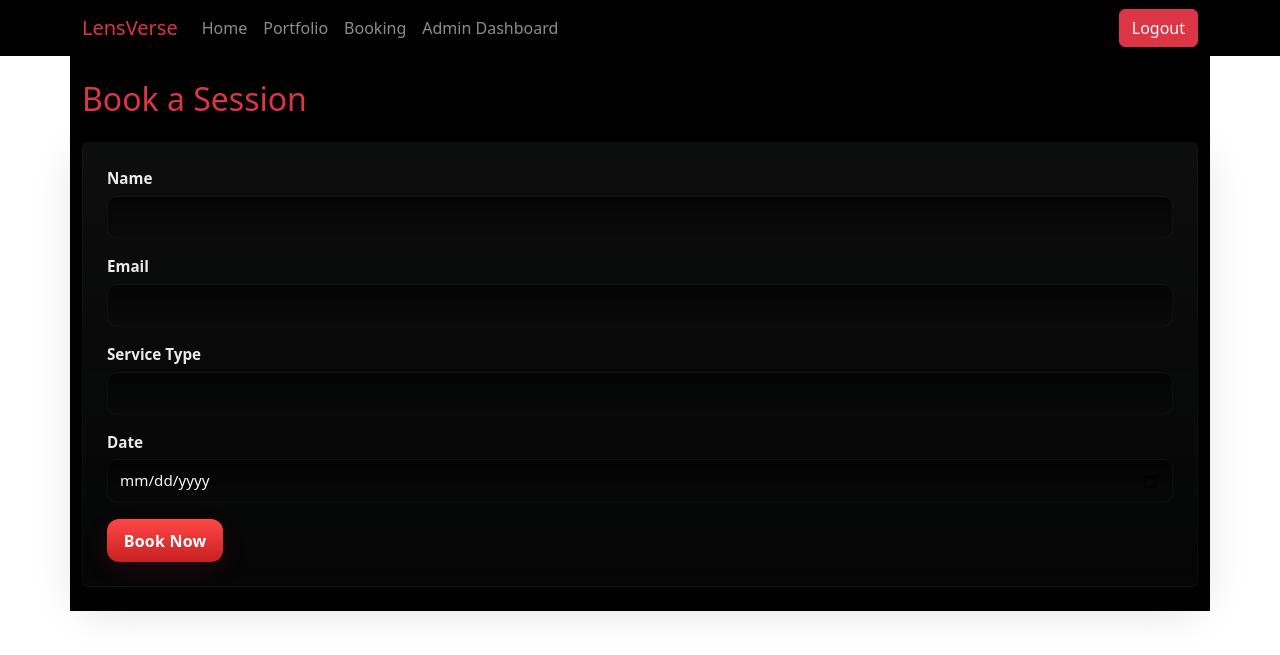
Repository: adithyakiran47/lensverseproject
Page: /booking (app in lensverse-client/)
The author's editor kept a copy of each file at every save. The page is drawn from the files as they stood at one save, then again after the next save.
The browser window is 1280 px wide. The pictures show the whole page.
The project was rebuilt for these pictures with package versions that can differ from the ones it lists, and the page was loaded fresh each time. Also part of the build but not shown: lensverse-client/src/pages/Home.js, lensverse-client/src/pages/Portfolio.css, lensverse-client/src/pages/Portfolio.js, lensverse-client/src/pages/About.js, lensverse-client/src/pages/AdminLogin.js, lensverse-client/src/pages/AdminDashboard.js. Imported but missing from the stored project, and not drawn on this page: lensverse-client/src/reportWebVitals.

Above is the page before, as saved 2025-11-04 10:02:11.

### lensverse-client/src/index.css
body {
  background-color: #000000;
  color: #FFFFFF;
  font-family: 'Segoe UI', Tahoma, Geneva, Verdana, sans-serif;
  transition: background-color 0.3s ease, color 0.3s ease;
}

a {
  color: #cc0000;
  text-decoration: none;
  transition: color 0.3s ease;
}

a:hover {
  color: #ff3333;
  text-decoration: underline;
}

.btn-primary, .btn-danger, .btn-black {
  transition: background-color 0.3s ease, border-color 0.3s ease;
}

.btn-primary {
  background-color: #cc0000;
  border-color: #cc0000;
  color: #000000;
}

.btn-primary:hover {
  background-color: #990000;
  border-color: #990000;
  color: #fff;
}

.btn-black {
  background-color: #000000;
  border: 1px solid #cc0000;
  color: #cc0000;
}

.btn-black:hover, .btn-black:focus {
  background-color: #cc0000;
  color: #000000;
  border-color: #cc0000;
}

/* Card hover effect */
.card {
  background-color: #111111;
  border: none;
  transition: transform 0.3s ease, box-shadow 0.3s ease;
}

.card:hover {
  transform: scale(1.03);
  box-shadow: 0 4px 15px rgba(204, 0, 0, 0.5);
}

/* Forms */
.form-control {
  background-color: #111111;
  border-color: #cc0000;
  color: #fff;
  transition: border-color 0.3s ease;
}

.form-control:focus {
  border-color: #ff3333;
  box-shadow: 0 0 8px #cc0000;
  background-color: #222222;
  color: #fff;
}

### lensverse-client/src/App.js
import React from 'react';
import { BrowserRouter as Router, Routes, Route } from 'react-router-dom';


// Import your page components (create these next)
import Home from './pages/Home';
import Portfolio from './pages/Portfolio';
import Booking from './pages/Booking';
import About from './pages/About';
import AdminLogin from './pages/AdminLogin';
import AdminDashboard from './pages/AdminDashboard';

function App() {
  return (
    <Router>
      <Routes>
        <Route path="/" element={<Home />} />
        <Route path="/portfolio" element={<Portfolio />} />
        <Route path="/booking" element={<Booking />} />
        <Route path="/about" element={<About />} />
        <Route path="/admin-login" element={<AdminLogin />} />
        <Route path="/admin-dashboard" element={<AdminDashboard />} />
      </Routes>
    </Router>
  );
}

export default App;

### lensverse-client/src/pages/Booking.js
// Booking page
import React, { useState } from 'react';
import Navbar from '../components/Navbar';
import axios from 'axios';
import './Booking.css';

const Booking = () => {
  const [formData, setFormData] = useState({ name: '', email: '', serviceType: '', date: '' });
  const [message, setMessage] = useState('');

  const handleChange = e =>
    setFormData(prev => ({ ...prev, [e.target.name]: e.target.value }));

  const handleSubmit = async e => {
    e.preventDefault();
    try {
      await axios.post('http://localhost:5000/api/bookings', formData);
      setMessage('Booking submitted successfully!');
      setFormData({ name: '', email: '', serviceType: '', date: '' });
    } catch {
      setMessage('Booking submission failed.');
    }
  };

  return (
    <>
      <Navbar />
      <div className="container py-4 bg-black text-white ">
        <h2 className="text-danger mb-4">Book a Session</h2>
        {message && <div className="alert alert-success">{message}</div>}
        <form onSubmit={handleSubmit} className="bg-dark p-4 rounded shadow-lg">
          <div className="mb-3">
            <label htmlFor="name" className="form-label">Name</label>
            <input
              type="text"
              name="name"
              className="form-control bg-black text-white"
              id="name"
              required
              value={formData.name}
              onChange={handleChange}
            />
          </div>

          <div className="mb-3">
            <label htmlFor="email" className="form-label">Email</label>
            <input
              type="email"
              name="email"
              className="form-control bg-black text-white"
              id="email"
              required
              value={formData.email}
              onChange={handleChange}
            />
          </div>

          <div className="mb-3">
            <label htmlFor="serviceType" className="form-label">Service Type</label>
            <input
              type="text"
              name="serviceType"
              className="form-control bg-black text-white"
              id="serviceType"
              required
              value={formData.serviceType}
              onChange={handleChange}
            />
          </div>

          <div className="mb-3">
            <label htmlFor="date" className="form-label">Date</label>
            <input
              type="date"
              name="date"
              className="form-control bg-black text-white"
              id="date"
              required
              value={formData.date}
              onChange={handleChange}
            />
          </div>

          <button className="btn btn-danger" type="submit">Book Now</button>
        </form>
      </div>
    </>
  );
};

export default Booking;

### lensverse-client/src/components/Navbar.js
import React from 'react';
import { Link, useNavigate } from 'react-router-dom';


const Navbar = () => {
  const navigate = useNavigate();

  const handleLogout = () => {
    localStorage.removeItem('adminToken');
    navigate('/admin-login');
  };

  return (
    <nav className="navbar navbar-expand-lg navbar-dark bg-black">
      <div className="container">
        <Link className="navbar-brand text-danger" to="/">LensVerse</Link>
        <button className="navbar-toggler" type="button" data-bs-toggle="collapse" data-bs-target="#navbarNav"
          aria-controls="navbarNav" aria-expanded="false" aria-label="Toggle navigation">
          <span className="navbar-toggler-icon"></span>
        </button>
        <div className="collapse navbar-collapse" id="navbarNav">
          <ul className="navbar-nav me-auto mb-2 mb-lg-0">
            <li className="nav-item"><Link className="nav-link" to="/">Home</Link></li>
            <li className="nav-item"><Link className="nav-link" to="/portfolio">Portfolio</Link></li>
            <li className="nav-item"><Link className="nav-link" to="/booking">Booking</Link></li>
            <li className="nav-item"><Link className="nav-link" to="/admin-dashboard">Admin Dashboard</Link></li>
          </ul>
          <button className="btn btn-danger" onClick={handleLogout}>Logout</button>
        </div>
      </div>
    </nav>
  );
};

export default Navbar;

### lensverse-client/src/pages/Home.css
/* Add to src/pages/Home.css */
@import url("https://cdn.jsdelivr.net/npm/bootstrap-icons@1.11.1/font/bootstrap-icons.css");

/* Utility Classes */
.py-6 {
  padding-top: 6rem;
  padding-bottom: 6rem;
}

.z-1 {
  z-index: 1;
}

/* Hero Section */
.hero-section {
  position: relative;
  background: linear-gradient(rgba(0, 0, 0, 0.7), rgba(0, 0, 0, 0.7));
}

.bg-pattern {
  opacity: 0.1;
  background-image: radial-gradient(#dc3545 1px, transparent 1px);
  background-size: 32px 32px;
}

/* Service Cards */
.service-card {
  transition: transform 0.3s ease, box-shadow 0.3s ease;
  cursor: pointer;
}

.service-card:hover {
  transform: translateY(-10px);
  box-shadow: 0 10px 30px rgba(220, 53, 69, 0.2);
}

/* Feature List */
.feature-list li {
  transition: transform 0.3s ease;
}

.feature-list li:hover {
  transform: translateX(10px);
}

.feature-icon {
  font-size: 1.5rem;
  color: #dc3545;
}

/* Stats Cards */
.stat-card {
  transition: transform 0.3s ease;
  cursor: pointer;
}

.stat-card:hover {
  transform: translateY(-5px);
}

/* Testimonial Section */
.testimonial-card {
  transition: transform 0.3s ease;
  box-shadow: 0 10px 30px rgba(0, 0, 0, 0.2);
}

.testimonial-card:hover {
  transform: translateY(-5px);
}

/* CTA Section */
.cta-section {
  background: linear-gradient(45deg, #dc3545, #900);
}

.cta-section::before {
  content: '';
  position: absolute;
  top: 0;
  left: 0;
  right: 0;
  bottom: 0;
  background: url('data:[embedded picture, 165 characters]') repeat;
  opacity: 0.1;
}

/* Hover Effects */
.hover-scale {
  transition: transform 0.3s ease;
}

.hover-scale:hover {
  transform: scale(1.05);
}

/* Responsive Adjustments */
@media (max-width: 768px) {
  .display-1 {
    font-size: 3rem;
  }

  .py-6 {
    padding-top: 4rem;
    padding-bottom: 4rem;
  }
}

### lensverse-client/src/pages/Booking.css
/* Booking.css - improved responsive UI (mobile-first) */

/* Container / form shell */
.booking-form,
.bg-dark.p-4.rounded.shadow-lg {
  background: linear-gradient(180deg, rgba(12,12,12,0.96), rgba(0,0,0,0.85));
  border-radius: 14px;
  padding: 1rem;
  border: 1px solid rgba(255,255,255,0.03);
  box-shadow: 0 12px 30px rgba(0,0,0,0.65);
  transition: transform .12s ease, box-shadow .12s ease;
}

/* Slight lift on hover for larger screens */
@media (min-width: 992px) {
  .booking-form:hover,
  .bg-dark.p-4.rounded.shadow-lg:hover {
    transform: translateY(-6px);
    box-shadow: 0 20px 40px rgba(0,0,0,0.75);
  }
}

/* Form grid: make two-column on md+, stacked on small */
.form-row {
  display: flex;
  flex-direction: column;
  gap: 0.75rem;
}

@media (min-width: 768px) {
  .form-row {
    flex-direction: row;
    gap: 1rem;
  }
}

/* Column helpers (use existing .col-md-6 or these classes) */
.form-col {
  flex: 1 1 0%;
  min-width: 0;
}

/* Input / select / textarea base */
.booking-form .form-control,
.booking-form .form-select,
.booking-form textarea,
.bg-dark.p-4.rounded.shadow-lg .form-control,
.bg-dark.p-4.rounded.shadow-lg .form-select,
.bg-dark.p-4.rounded.shadow-lg textarea {
  background: linear-gradient(180deg, rgba(0,0,0,0.6), rgba(10,10,10,0.45)) !important;
  color: #f6f6f6 !important;
  border: 1px solid rgba(255,255,255,0.04);
  padding: 0.68rem 0.75rem;
  border-radius: 10px;
  font-size: 0.95rem;
  width: 100%;
  transition: box-shadow .14s ease, border-color .12s ease, transform .08s ease;
  -webkit-appearance: none;
  appearance: none;
}

/* Slight inner shadow */
.booking-form .form-control:focus,
.booking-form .form-select:focus,
.booking-form textarea:focus,
.bg-dark.p-4.rounded.shadow-lg .form-control:focus,
.bg-dark.p-4.rounded.shadow-lg .form-select:focus,
.bg-dark.p-4.rounded.shadow-lg textarea:focus {
  border-color: rgba(220,53,69,0.9);
  box-shadow: 0 8px 30px rgba(220,53,69,0.06);
  transform: translateY(-1px);
  outline: none;
}

/* Focus-visible for keyboard navigation */
.booking-form .form-control:focus-visible,
.booking-form .form-select:focus-visible,
.booking-form textarea:focus-visible,
.bg-dark.p-4.rounded.shadow-lg .form-control:focus-visible,
.bg-dark.p-4.rounded.shadow-lg .form-select:focus-visible,
.bg-dark.p-4.rounded.shadow-lg textarea:focus-visible {
  outline: 3px solid rgba(220,53,69,0.12);
  outline-offset: 3px;
}

/* Placeholder color */
.booking-form ::placeholder,
.bg-dark.p-4.rounded.shadow-lg ::placeholder {
  color: rgba(255,255,255,0.55);
}

/* Labels */
.booking-form .form-label,
.bg-dark.p-4.rounded.shadow-lg .form-label {
  color: #eaeaea;
  font-weight: 600;
  margin-bottom: 0.35rem;
  display: block;
  font-size: 0.95rem;
}

/* Helper / small text */
.booking-hint,
.booking-form .text-muted,
.bg-dark.p-4.rounded.shadow-lg .text-muted {
  color: rgba(255,255,255,0.65) !important;
  font-size: 0.9rem;
}

/* Button - primary danger */
.booking-form .btn-danger,
.bg-dark.p-4.rounded.shadow-lg .btn-danger {
  background: linear-gradient(180deg, #ff4747, #c82020);
  border: none;
  color: #fff;
  padding: 0.6rem 1.05rem;
  border-radius: 12px;
  font-weight: 700;
  letter-spacing: 0.2px;
  box-shadow: 0 8px 24px rgba(200,40,40,0.12);
  transition: transform .12s ease, box-shadow .12s ease, opacity .12s ease;
}

.booking-form .btn-danger:hover,
.bg-dark.p-4.rounded.shadow-lg .btn-danger:hover {
  transform: translateY(-3px);
  box-shadow: 0 16px 36px rgba(200,40,40,0.14);
}

.booking-form .btn-danger:active,
.booking-form .btn-danger:focus {
  transform: translateY(0);
  box-shadow: 0 8px 20px rgba(200,40,40,0.12);
}

/* Disabled */
.booking-form .btn-danger:disabled {
  opacity: 0.65;
  cursor: not-allowed;
}

/* Alerts */
.alert {
  border-radius: 8px;
  padding: 0.7rem 1rem;
  font-weight: 600;
}

.alert-success {
  background: linear-gradient(90deg, rgba(40,167,69,0.08), rgba(40,167,69,0.03));
  color: #d9f7e0;
  border: 1px solid rgba(40,167,69,0.08);
}

.alert-danger {
  background: linear-gradient(90deg, rgba(220,53,69,0.06), rgba(220,53,69,0.02));
  color: #ffd7d9;
  border: 1px solid rgba(220,53,69,0.06);
}

/* Input group style (if used) */
.input-group .form-control,
.input-group .form-select {
  border-top-right-radius: 10px;
  border-bottom-right-radius: 10px;
}

/* File input */
.booking-form input[type="file"],
.bg-dark.p-4.rounded.shadow-lg input[type="file"] {
  color: #fff;
  padding: 0.4rem 0.6rem;
  border-radius: 8px;
}

/* is-invalid */
.is-invalid {
  border-color: rgba(255,100,100,0.9) !important;
  box-shadow: 0 6px 18px rgba(255,100,100,0.04) !important;
}
.invalid-feedback {
  color: #ffbdbd;
  font-size: 0.88rem;
}

/* Spacing helpers for stacked fields (mobile) */
.row-gap {
  display: grid;
  gap: .75rem;
}

/* Desktop layout: two column rows using utility class .form-row */
@media (min-width: 768px) {
  .two-col {
    display: grid;
    grid-template-columns: 1fr 1fr;
    gap: 1rem;
  }
}

/* Footer small note */
.booking-note {
  color: rgba(255,255,255,0.65);
  font-size: 0.88rem;
  margin-top: 0.75rem;
}

/* Form width control inside container */
@media (min-width: 992px) {
  .booking-form {
    padding: 1.5rem;
  }

  .container .booking-form {
    max-width: 820px;
    margin: 0 auto;
  }
}

/* Accessibility: increase contrast on focus ring for keyboard users */
.booking-form :focus-visible {
  box-shadow: 0 12px 30px rgba(220,53,69,0.08);
}

/* Small polish */
.booking-form .form-control,
.bg-dark.p-4.rounded.shadow-lg .form-control {
  line-height: 1.3;
}

Loaded but not shown: lensverse-client/src/index.js (common file)

After the next save:
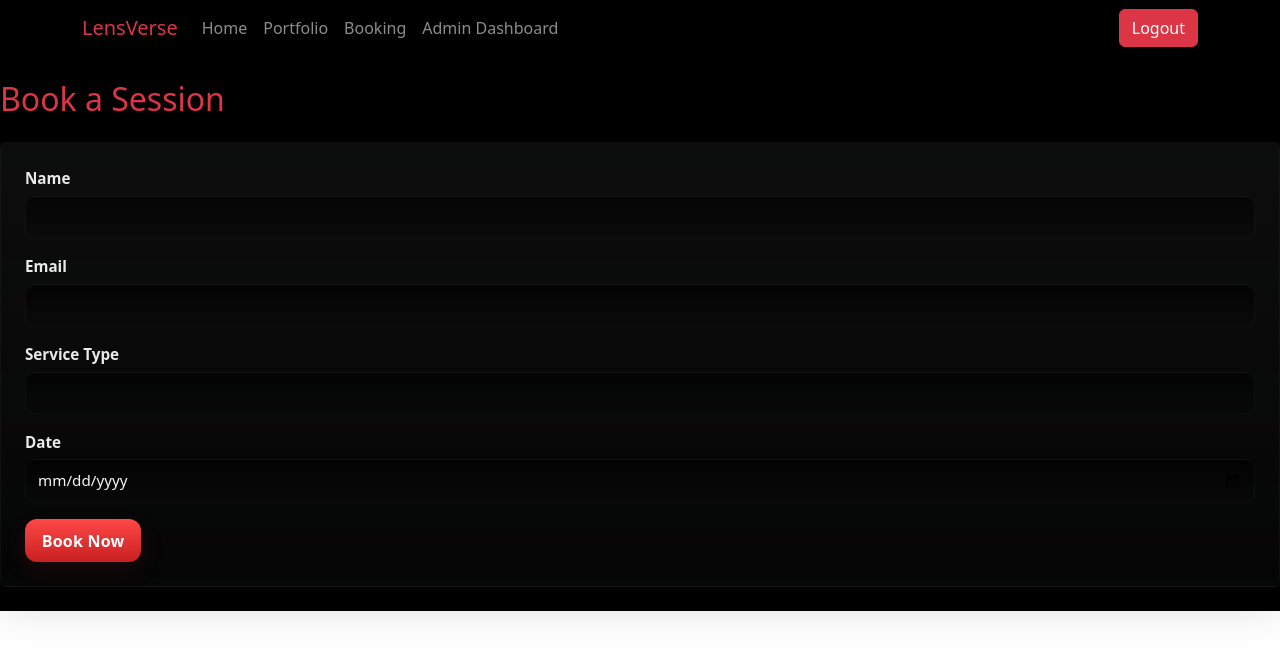
Saved 7 s later.
--- a/lensverse-client/src/pages/Booking.js
+++ b/lensverse-client/src/pages/Booking.js
@@ -25,7 +25,7 @@ const Booking = () => {
   return (
     <>
       <Navbar />
-      <div className="container py-4 bg-black text-white ">
+      <div className=" py-4 bg-black text-white m">
         <h2 className="text-danger mb-4">Book a Session</h2>
         {message && <div className="alert alert-success">{message}</div>}
         <form onSubmit={handleSubmit} className="bg-dark p-4 rounded shadow-lg">
